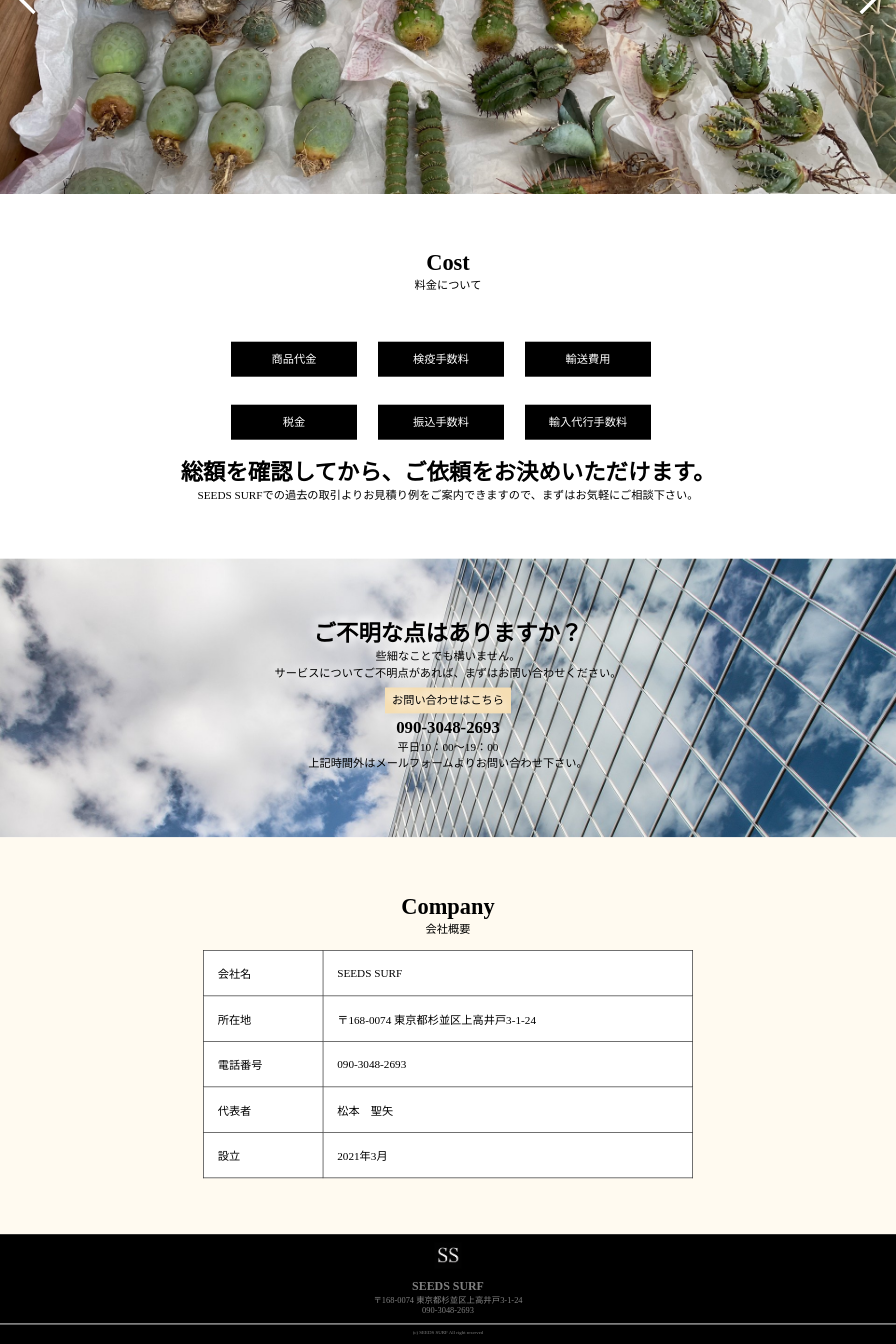
Repository: Seiya00002/seeds-surf-lp
Page: index.html
An editor plug-in stored every save of this project. The page is shown before and after the next save, followed by the edit.
The browser window is 1280 px wide. The pictures show the part of the page from y = 2173 to 4093 px (the page is 4093 px tall), at 70% of full size.

Above is the page before, as saved 2023-07-16 07:08:03.

### index.html
<!DOCTYPE html>
<html lang="ja">
<head>
    <meta charset="UTF-8">
    <meta http-equiv="X-UA-Compatible" content="IE=edge">
    <meta name="viewport" content="width=device-width, initial-scale=1.0">
    <title>輸入代行SEEDS SURF</title>
    <link rel="stylesheet" href="css/style.css">
</head>
<body>
    <header>
        <div class="header_left">
            <img src="img/sslogo.jpg"
                alt="logo"
                width="40"
                height="40"
                class="logo">
            <h1>希少植物・輸入代行</h1>

        </div>
        <div class="header_right">
            <img src="img/tel_logo.png"
                alt="tel_logo"
                width="35"
                height="35"
                class="tel_logo">
            <div class="header_contact">
                <h2>090-3048-2693</h2>
                <p>（平日9:00 ~ 18:00）</p>
            </div>
        </div>
    </header>

    <main>
        <div class="top_wrapper">
            <div class="container">
                <div class="hero_message">
                    <div class="calculation-app">
                        <h2>お見積り計算シュミレーション</h2>

                            <p>仕入れ先の地域を選択して下さい。</p>
                            <form name="form1">
                                <select name="place">
                                    <option value="1.2">北米</option>
                                    <option value="1.2">ヨーロッパ</option>
                                    <option value="1">アジア</option>
                                </select>
                            </form>

                            <p>箱のサイズの予想を選択して下さい。</p>
                            <form name="form2">
                                <select name="box">
                                    <option value="18350">15kg</option>
                                    <option value="13350">10kg</option>
                                    <option value="8150">5kg</option>
                                </select>
                            </form>
                            <p>およその商品代金を入力して下さい。</p>
                            <label>￥</label><input
                            type="text"
                            id="price"
                            value=""
                            placeholder="200,000"
                            maxlength="7"
                            size="10"
                            ></label>

                            <br>
                            <br>
                            <div class="btn-box">
                                <button id="button">計算Go!!</button>
                            </div>
                            <!-- <input type="button" id="button" value="計算Go!!" /> -->

                    </div>
                </div>
            </div>
        </div>


        <!-- 見積り表 -->
    <div id="estimate_table" class="estimate_wrapper">
        <div class="container">
            <h2>予想お見積り表</h2>
            <table align="center">
                <tr>
                    <td>商品代金</td>
                    <td>¥<span id="span2"></span></td>
                </tr>
                <tr>
                    <td>検疫手数料</td>
                    <td>¥<span id="span3"></span></td>
                </tr>
                <tr>
                    <td>送料</td>
                    <td>¥<span id="span4"></span></td>
                </tr>
                <tr>
                    <td>弊社代行手数料</td>
                    <td>¥<span id="span5"></span></td>
                </tr>
                <tr>
                    <td>海外送金手数料</td>
                    <td>¥<span id="span6"></span></td>
                </tr>
                <tr>
                    <td>税金</td>
                    <td>¥<span id="span7"></span></td>
                </tr>
                <tr>
                  <td>合計</td>
                  <td>¥<span id="span1"></span></td>
              </tr>
            </table>
            <h3>詳しくは下記の「Cost」欄をご覧下さい。</h3>
        </div>
    </div>






        <div class="top_message">
            <div class="container">
                <div class="message">
                    <h1>SEEDS SURFの輸入代行の強み</h1>
                    <p>観葉植物など検疫やワシントン条約に関わる特殊な商品の輸入代行が得意です。<br>業者様から個人事業者様、個人様の輸入、どなたもご相談下さい。<br>現地企業との交渉から購買代行全てご対応いたします。</p>

                </div>
            </div>
        </div>
        <div class="project_wrapper">
            <div class="container">
                <div class="projects">
                    <div class="project">
                        <div class="project_icon">
                            <img src="img/project_imag1.jpg">
                            <h2>「迅速・柔軟サービス」</h2>
                        </div>
                        <p class="text_contents">フットワークの軽いスタッフが、柔軟にお客様のご要望にご対応いたします。大規模な商社では実現出来ないサービスをご提供いたします。</p>

                    </div>
                    <div class="project">
                        <div class="project_icon">
                            <img src="img/pro_airport.jpg">
                            <h2>「全世界対応」</h2>
                        </div>
                        <p class="text_contents">アジアから、欧州、北米を始めとし、その他オセアニア、南米、アフリカ地域と全地域ご対応出来ます。</p>

                    </div>
                    <div class="project">
                        <div class="project_icon">
                            <img src="img/project_img3.jpg">
                            <h2>「現地企業のご紹介サービス」</h2>
                        </div>
                        <p class="text_contents">私たちは信頼出来る良質な業者様とお付き合いがございます。そちらのご紹介も行っております。</p>
                    </div>
                        <div class="clear"></div>

                </div>
            </div>
        </div>
        <div class="service_wrapper">
            <div class="container">
                <div class="service_heading">
                    <h1>Frow</h1>
                    <p>輸入取引の流れ</p>
                </div>
                <div class="step">
                    <img src="img/person_img.png"
                    class="step_icon">
                    <div class="step_cont">
                        <h2>Step 1</h2>
                        <p>現地企業交渉</p>
                    </div>
                </div>
                <img src="img/down_img.png" class="step_icon2">

                <div class="step">
                    <img src="img/cal_img.png"
                    class="step_icon">
                    <div class="step_cont">
                        <h2>Step 2</h2>
                        <p>お見積り</p>
                    </div>
                </div>
                <img src="img/down_img.png" class="step_icon2">

                <div class="step">
                    <img src="img/bank_img.png"
                    class="step_icon">
                    <div class="step_cont">
                        <h2>Step 3</h2>
                        <p>お支払い</p>
                    </div>
                </div>
                <img src="img/down_img.png" class="step_icon2">
                <div class="step">
                    <img src="img/airp_imag.png"
                    class="step_icon">
                    <div class="step_cont">
                        <h2>Step 4</h2>
                        <p>発送</p>
                    </div>
                </div>
                <img src="img/down_img.png" class="step_icon2">
                <div class="step">
                    <img src="img/drivery_img.png"
                    class="step_icon">
                    <div class="step_cont">
                        <h2>Step 5</h2>
                        <p>お受取り</p>
                    </div>
                </div>
            </div>
        </div>

        <div class="slide_wrapper">
            <div id="slide" class="slideshow">
                <p class="disc">SEEDS SURF</p>
                <a class="arrow next" id="right" href="#"></a>
                <a class="arrow back" id="left" href="#"></a>
            </div>




        </div>
        <div class="cost_wrapper">
            <div class="container">
                <div class="cost_heading">
                    <h1>Cost</h1>
                    <p>料金について</p>
                </div>
                <div class="cost_cont">
                    <div class="list01">
                        <p>商品代金</p>
                    </div>
                    <div class="list01">
                        <p>検疫手数料</p>
                    </div>
                    <div class="list01">
                        <p>輸送費用</p>
                    </div>
                    <div class="list02">
                        <p>税金</p>
                    </div>
                    <div class="list02">
                        <p>振込手数料</p>
                    </div>
                    <div class="list02">
                        <p>輸入代行手数料</p>
                    </div>
                    <!-- <div class="clear"></div> -->
                </div>
                <div class="cost_message">
                    <h1>総額を確認してから、ご依頼をお決めいただけます。</h1>
                    <p>SEEDS SURFでの過去の取引よりお見積り例をご案内できますので、まずはお気軽にご相談下さい。</p>
                </div>
            </div>
        </div>
        <div class="contact_wrapper">
            <div class="container">
                <h1>ご不明な点はありますか？</h1>
                <p>些細なことでも構いません。<br>サービスについてご不明点があれば、まずはお問い合わせください。</p>
                <a href="https://seeds-surf.com/%e3%81%8a%e5%95%8f%e3%81%84%e5%90%88%e3%82%8f%e3%81%9b/" class="btn contact">お問い合わせはこちら</a>
                <h2>090-3048-2693</h2>
                <p>平日10：00〜19：00<br>上記時間外はメールフォームよりお問い合わせ下さい。</p>
            </div>
        </div>
        <div class="company_wrapper">
            <div class="container">
                <h1>Company</h1>
                <p>会社概要</p>
                <table align="center">
                    <tr>
                        <td>会社名</td>
                        <td>SEEDS SURF</td>
                    </tr>
                    <tr>
                        <td>所在地</td>
                        <td>〒168-0074 東京都杉並区上高井戸3-1-24</td>
                    </tr>
                    <tr>
                        <td>電話番号</td>
                        <td>090-3048-2693</td>
                    </tr>
                    <tr>
                        <td>代表者</td>
                        <td>松本　聖矢</td>
                    </tr>
                    <tr>
                        <td>設立</td>
                        <td>2021年3月</td>
                    </tr>
                </table>
            </div>
        </div>


    </main>

    <footer>
        <div class="container">
            <div class="container">
                <img src="img/sslogo.jpg"
                    alt="logo"
                    width="40"
                    height="40"
                    class="logo">
                <h1>SEEDS SURF</h1>
                <p>〒168-0074 東京都杉並区上高井戸3-1-24<br>090-3048-2693</p>
                <hr color="gray">
                <small>(c) SEEDS SURF All right reserved</small>
            </div>
        </div>
    </footer>

    <script src="./app.js"></script>
</body>
</html>

### css/style.css
/* all */
*{
    box-sizing: border-box;
    margin: 0;
    padding: 0;
}

h1 {
    font-family: 'Times New Roman', Times, serif;

}

h2 ,h3 ,p {
    font-family: 'Hiragino Sans';

}
/* header */

header {
    height: 70px;
    display: flex;
    align-items: center;

}

.header_left {
    display: flex;
}

.header_right {
    display: flex;
    margin: 0 0 0 auto;
}

.logo {
    margin: 10px 10px;
}

.tel_logo {
    margin: 20px 10px;
}

header h1 {
    font-size: 19px;
    padding: 18px 10px;
}

header h2 {
    font-size: 21px;
    padding: 15px 10px 0 0;
}

header p {
    padding-bottom: 10px;
}
.container {
    text-align: center;
    width: 100%;
}

/* main */

.top_wrapper {
    background-image: url(../img/top_img.jpeg);
    color: white;
    background-size: cover;
    width: 100%;
    height: auto;
}

.hero_message {
    font-size: 15px;
    color: black;
    height: 500px;
    min-width:100%;
    font-weight: bold;
    display: flex;
    justify-content: center;
    align-items: center;
    line-height: 2.5em;
    background: rgb(255, 255, 255,0.4);
}

.top_message {
    background-color: black;
    color: white;
    padding: 30px 0;
}

.top_message p {
    padding-top: 20px;
    font-size: 17px;
    line-height: 1.6rem;
}

.project_wrapper {
    margin-bottom: 80px;
}

.project {
    float: left;
    width: 33%;
    padding: 20px 10px 20px 10px;
    height: 300px;

}

.project_icon {
    position: relative;

}

.project_icon h2 {
    position: absolute;
    top: 80px;
    width: 100%;
    color: white;
    font-weight: normal;

}


@media (max-width: 1000px) {
    .project {
        width: 50%;
    }
}

@media (max-width: 670px) {
    .project {
        width: 100%;
    }
}

.clear {
    clear: left;
}

.service_wrapper {
    background-color: #fffaf0;
    padding: 80px 0;
}

.service_heading {
padding-bottom: 50px;
}

.step {
    display: flex;
    justify-content: center;
    align-items: center;
    padding: 20px 0;

}

.step_cont {
    padding-left: 50px;
}

.step_icon {
    width: 70px;
    height: 70px;

}

.step_icon2 {
    width: 15px;
    height: 15px;

}

.step h2 {
    font-size: 14px;
}

.step p {
    font-size: 20px;
    padding-top: 13px;
}

.cost_wrapper {
    padding: 80px 0;
}

.cost_cont {
    padding-top: 50px;
    width: 650px;
    margin: 0 auto;
    flex-wrap: wrap;
    display: flex;

}


.list01 {
    background-color: black;
    width: 180px;
    height: 50px;
    color: white;
    margin: 20px 15px;
    justify-content: center;
    padding-top: 12px;

}

.list02 {
    background-color: black;
    width: 180px;
    height: 50px;
    color: white;
    margin: 20px 15px;
    justify-content: center;
    padding-top: 12px;


}

@media (max-width: 670px) {
    .cost_cont h2 {
        width: 50%;
    }
}

.contact_wrapper {
    background-image: url(../img/sky&office_img.jpeg);
    padding: 80px 0;
    background-size: cover;
    text-shadow: 6px 6px 10px white, -6px -6px 10px white;


}

.contact_wrapper p {
    padding-bottom: 15px;
}

.btn {
    padding: 10px 10px;
    background-color: wheat;
    color: black;
    text-decoration: none;

}

.contact_wrapper h2 {
    padding-top: 15px;
}

.company_wrapper {
    padding: 80px 0;
    background-color: #fffaf0;

}

.company_wrapper p {
    padding-bottom: 20px;
}

.company_wrapper table {
    border-collapse: collapse;
    width: 700px;
    background-color: white;
    margin: auto;
}

.company_wrapper th, td {
    border: solid 1px #333;
    padding: 20px;
    text-align: left;
}



/* footer */

footer {
    background-color: black;
    color: gray;
    padding-bottom: 10px;

}

footer h1 {
    font-size: 17px;
}

footer p {
    font-size: 12px;
    padding-bottom: 10px;
}
small {
    font-size: 7px;

}


/* slideshow 追加 */
.slide_wrapper{
    max-width: 100%;
    height: 400px;
    margin: auto;

}
/*画像配置*/
.slideshow{
    max-width: 100%;
    height: 100%;
    background-image: url(../img/import-img1.jpg);
    background-repeat: no-repeat;
    background-size: cover;
    background-position: 0% 50%;/*左 中央のよせ*/
}
/*文字*/
.disc{
    margin: auto;
    text-align: center;
    font-size: 3em;
    color: #ffffff;
    font-weight: 800;
    padding-top:5%;
}
/*>*/
.next{
    float: right;
    top: 0px;
    right: 50px;
}
/*<*/
.back{
    float: left;
    bottom: 0px;
    left: 30px;
}
/*矢印のデザイン*/
.arrow{
    position: relative;
    display: inline-block;
    padding: 0 0 0 16px;
    color: #000;
    vertical-align: middle;
    text-decoration: none;
    font-size: 15px;
}
.arrow::before,
.arrow::after{
    position: absolute;
    top: 0;
    bottom: 0;
    left: 0;
    margin: auto;
    content: "";
    vertical-align: middle;
}

.next::before{
    left: 0px;
    width: 30px;
    height: 30px;
    border-top: 5px solid rgb(255, 255, 255);
    border-right: 5px solid rgb(255, 255, 255);
    -webkit-transform: rotate(45deg);
    transform: rotate(45deg);
}
.back::before{
    left: 0px;
    width: 30px;
    height: 30px;
    border-bottom: 5px solid rgb(255, 255, 255);
    border-left: 5px solid rgb(255, 255, 255);
    -webkit-transform: rotate(45deg);
    transform: rotate(45deg);
}
/* CSSアニメーションの指定 */
.slideshow{
    transition: background-image 1s ease-in;
}

/* 計算シュミレーション追加 */
.btn-box button {
    width: 180px;
    height: 35px;
    padding: 6px;
    font-size: 14px;
    color: black;
    background-color:#fff176;
    border: black solid;
    border-radius: 24px;
    user-select: none;
    cursor: pointer;
  }

  .btn-box button:hover {
    opacity: .7;
  }


/* 見積り表追加 */
.estimate_wrapper {
    display: none;
    background-color: #fffaf0;
    padding: 50px 0;
}

.estimate_wrapper table {
    border-collapse: collapse;
    width: 700px;
    background-color: white;
    margin: auto;
}

.estimate_wrapper th, td {
    border: solid 1px #333;
    padding: 20px;
    text-align: left;
}

.estimate_wrapper.appear {
    display: block;
    animation: .5s fadeIn;
  }

  @keyframes fadeIn {
    0% {
      opacity: 0;
      transform: translateY(-10px);
    }
    100% {
      opacity: 1;
      transform: none;
    }
  }




@media screen and (max-width:768px) {
  .slide-pic{
    height: 250px;
  }
    .disc{
        padding-top:5%;
    }
    /*>*/
    .next{
        top: 30px;
    }
    /*<*/
    .back{
        top: 30px;
    }
}

### app.js
window.onload =
function (){

    let images = [
        'url(./img/import-img1.jpg)',
        'url(./img/import-img2.jpg)',
        'url(./img/import-img3.jpg)'
    ]

    let target = document.querySelector('#slide');
    let right = document.querySelector('#right');
    let left = document.querySelector('#left');

    // 画像カウンター表示
    let count = 0;

    function change(){
        target.style.backgroundImage = images[count];
        if( count == 2){
            count = 0;
        } else {
            count++;
        }
    }

    function goNext() {
        event.preventDefault();
        change();
    }

    function goBack() {
        event.preventDefault();
        if( count == 0){
            count = 2;
        } else {
            count--;
        } change();
    }

    right.addEventListener( 'click', goNext, false);
    left.addEventListener( 'click', goBack, false);


setInterval(change, 3000);

};

// 計算シュミレーションapp

let button = document.getElementById("button");
button.onclick = clickBtn1;

function clickBtn1(){

    const place = document.form1.place;
    const box = document.form2.box;
    const price = document.getElementById('price');

    // 値(数値)を取得
    const num = place.selectedIndex;
    const boxnum = box.selectedIndex;

    // 値(数値)から値(value値)を取得
    let region = place.options[num].value;
    let boxPrice = box.options[boxnum].value;
    let plantsPriceString = price.value;

    let plantsPrice = parseInt(plantsPriceString, 10); // plantsPriceStringを数値に変換
    let boxPriceValue = parseInt(boxPrice, 10); // plantsPriceStringを数値に変換

    const phyto = 10000;
    let argent = plantsPrice * 0.2;
    let sendingMoneyNum = (plantsPrice + boxPriceValue) * 0.0073;
    let sendingMoney = Math.round(sendingMoneyNum);
    let tax = plantsPrice * 0.07;

    let taxValue = parseInt(tax, 10);
    let sendingMoneyNumValue = parseInt(sendingMoney, 10);

    let estimateNum = ( region * boxPrice) + (plantsPrice *0.2) + phyto + plantsPrice + sendingMoneyNumValue + taxValue;
    let plantsValue = plantsPrice.toLocaleString();
    let phytoFee = phyto.toLocaleString();
    let boxFee = boxPriceValue.toLocaleString();
    let argentFee = argent.toLocaleString();
    let sendingMoneyFee = sendingMoney.toLocaleString();
    let taxFee = tax.toLocaleString();
    let estimate = estimateNum.toLocaleString();

    document.getElementById("span1").textContent = estimate;
    document.getElementById("span2").textContent = plantsValue;
    document.getElementById("span3").textContent = phytoFee;
    document.getElementById("span4").textContent = boxFee;
    document.getElementById("span5").textContent = argentFee;
    document.getElementById("span6").textContent = sendingMoneyFee;
    document.getElementById("span7").textContent = taxFee;

  }

// 見積り表示切り替え
// const btn1 = document.getElementById('button');
// const estimateTable = document.getElementById('estimate_table');

// btn1.addEventListener('click', () => {
//     estimateTable.classList.toggle('estimate_wrapper');
// }, false);

const btn = document.getElementById('button')
btn.addEventListener('click', () => {
    const estimate_table = document.getElementById('estimate_table');
    estimate_table.classList.toggle('appear');

    if (btn.textContent == "計算Go!!") {
      btn.textContent = "閉じる";
    } else {
      btn.textContent = "計算Go!!";
    }
  });

After the next save:
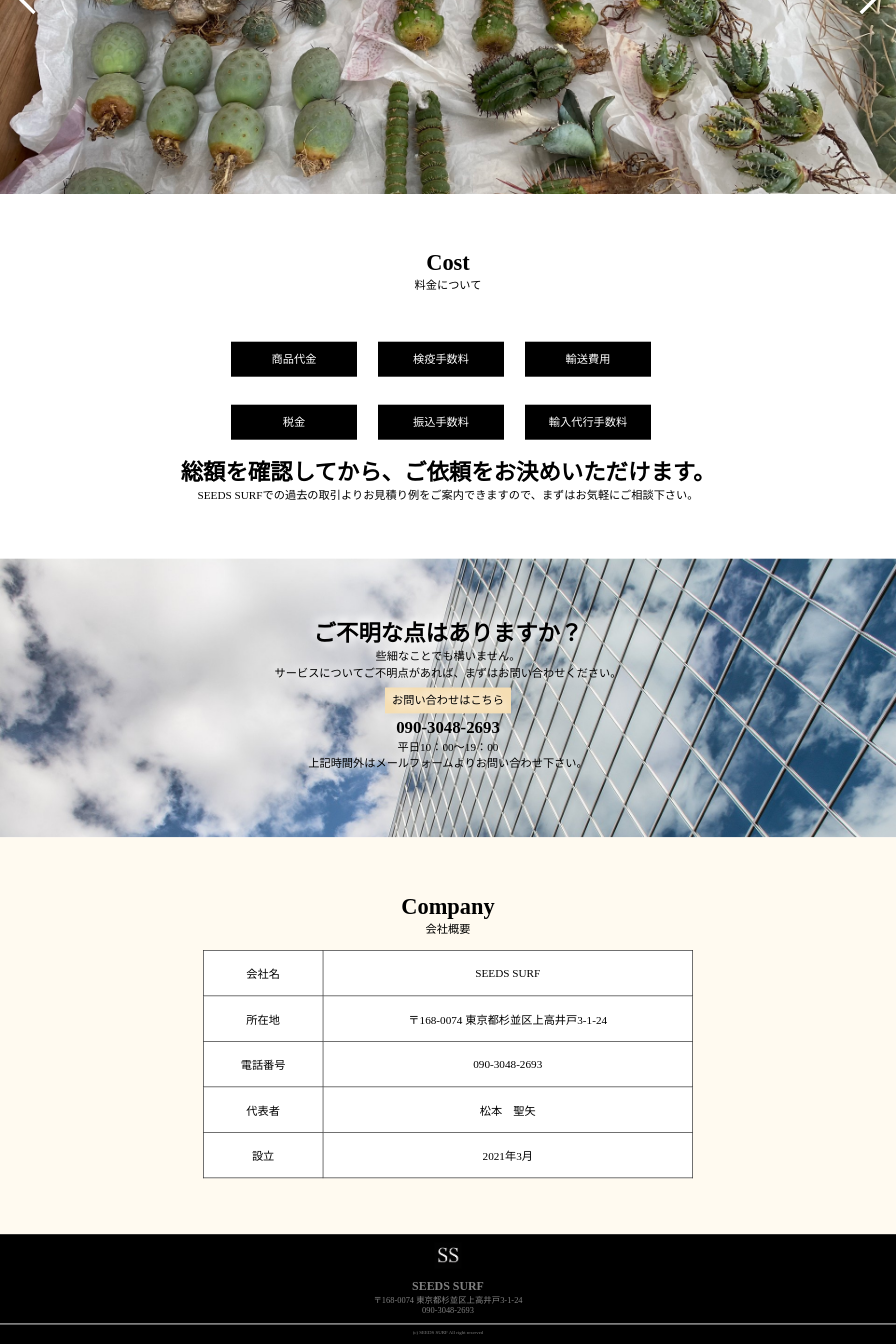
Saved 50 s later.
--- a/css/style.css
+++ b/css/style.css
@@ -411,7 +411,7 @@ small {
 .estimate_wrapper th, td {
     border: solid 1px #333;
     padding: 20px;
-    text-align: left;
+    text-align: center;
 }
 
 .estimate_wrapper.appear {
